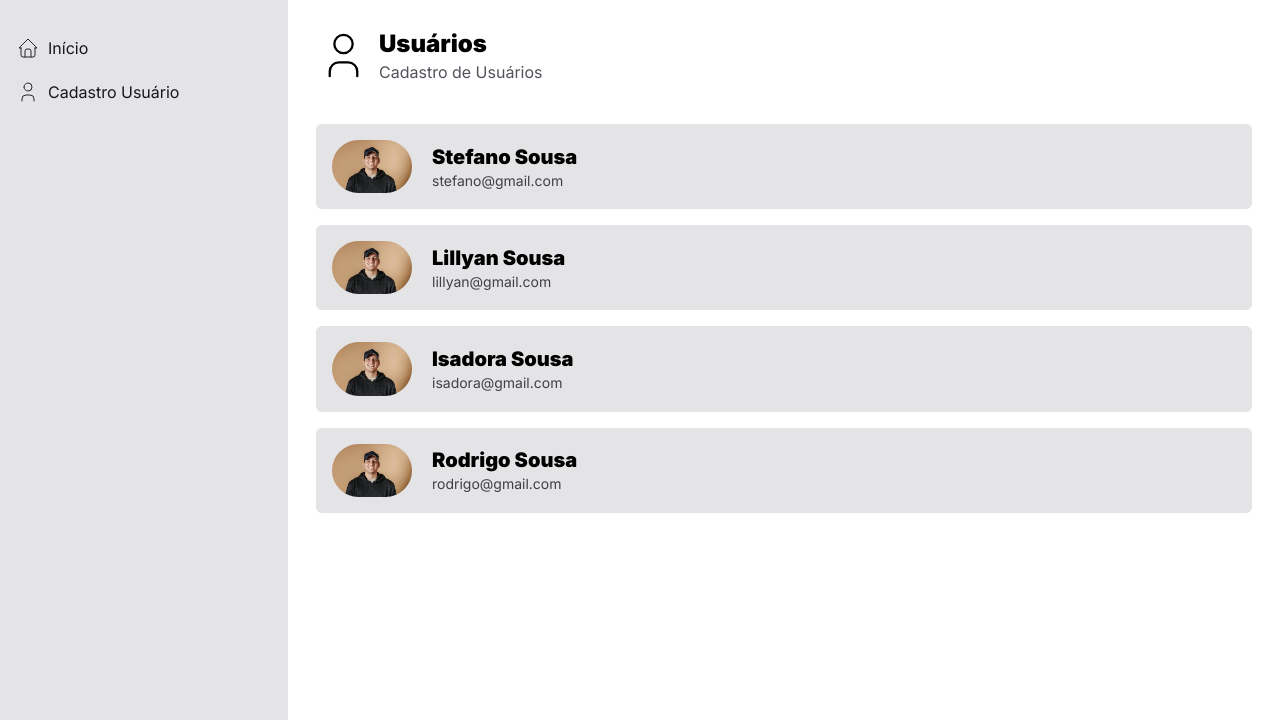
Repository: stefanosousaa/app-bd
Page: /usuarios
These files come from the project's save history. The page is drawn as it stood at one moment and after the next save; the edit follows.
The browser window is 1280 px wide. The pictures show the whole page.
The project was rebuilt for these pictures with package versions that can differ from the ones it lists, and the page was loaded fresh each time. The framework's server and built-in components were replaced by stand-ins that run in the browser. Also part of the build but not shown: next.config.mjs, src/app/components/shared/InputTexto.tsx, src/app/components/usuario/FormularioUsuario.tsx.

Above is the page before, as saved 2024-05-26 12:16:22.

After the next save:
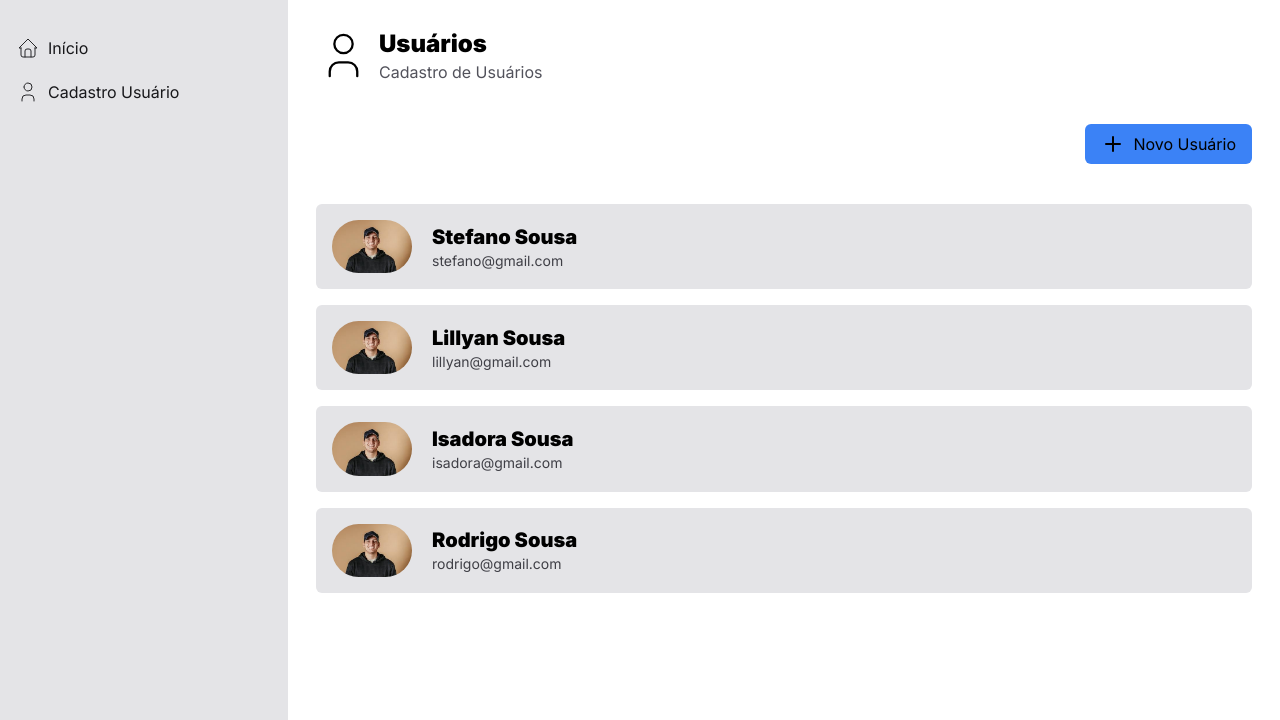
Saved 7 min 0 s later.
--- a/src/app/(internas)/usuarios/page.tsx
+++ b/src/app/(internas)/usuarios/page.tsx
@@ -7,7 +7,7 @@ import ListaUsuario from "@/app/components/usuario/ListaUsuario";
 import usuarios from "@/app/data/constants/usuarios";
 import Backend from "@/backend";
 import { Usuario } from "@/core/model/Usuario";
-import { IconUser } from "@tabler/icons-react";
+import { IconPlus, IconUser } from "@tabler/icons-react";
 import { useState } from "react";
 
 
@@ -24,6 +24,13 @@ export default function Page(){
     return(
         <Pagina className="flex flex-col gap-10">
             <Titulo icone={IconUser} principal="Usuários" secundario="Cadastro de Usuários"/>
+            <div className="flex justify-end">
+                <button className="flex items-center gap-2 bg-blue-500 px-4 py-2 rounded-md"
+                onClick={()=> setUsuario({})}>
+                <IconPlus/>
+                <span>Novo Usuário</span>
+                </button>
+            </div>
 
 
         {usuario ? (
